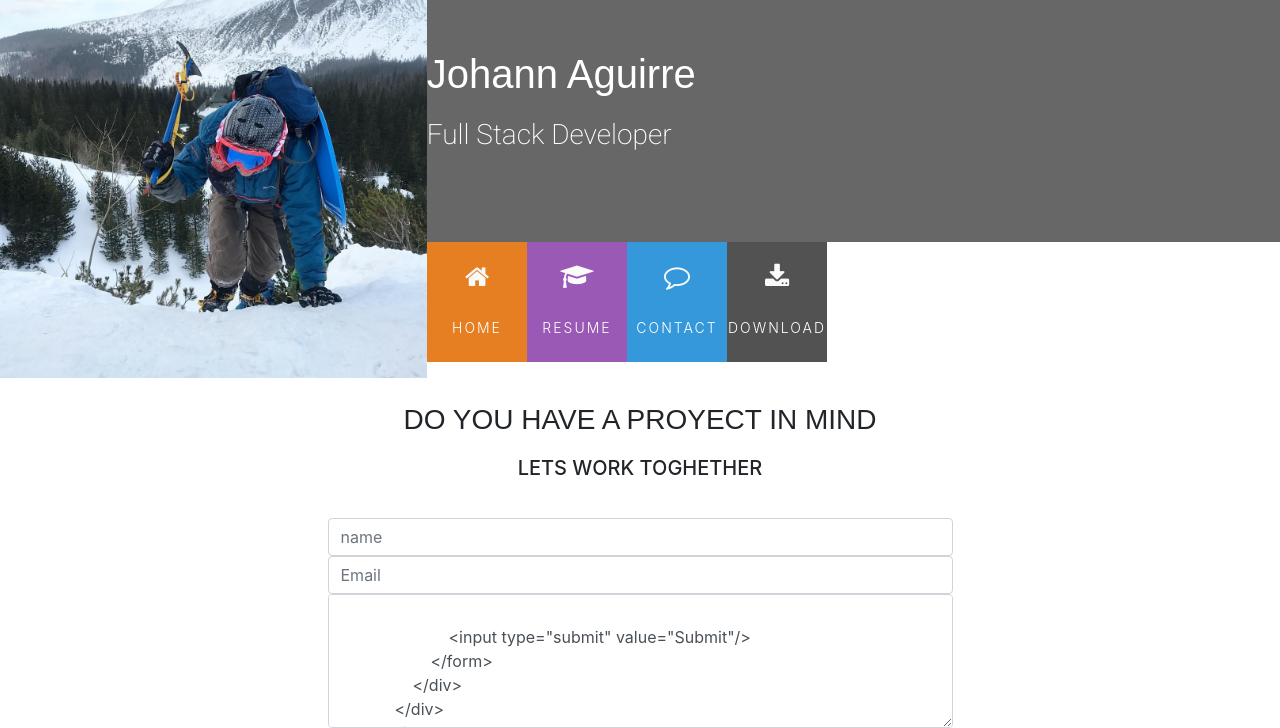
Repository: cachimiro/cv
Page: contact.html
The author's editor kept a record of every edit. The page is drawn from the files as they stood at one moment, then again after the next edit.
The browser window is 1280 px wide. The pictures show the whole page.
Some web fonts or font styles are not loaded; a fallback is used. Some web libraries are served in a nearby version.

Above is the page before.

### contact.html
<!DOCTYPE html>
<html lang="en">

<head>
    <meta charset="UTF-8">
    <meta name="viewport" content="width=device-width, initial-scale=1.0">
    <meta http-equiv="X-UA-Compatible" content="ie=edge">
    <link rel="stylesheet" href="https://stackpath.bootstrapcdn.com/bootstrap/4.2.1/css/bootstrap.min.css" type="text/css" />
    <link rel="stylesheet" href="https://stackpath.bootstrapcdn.com/font-awesome/4.7.0/css/font-awesome.min.css" type="text/css" />
    <link rel="stylesheet" href="https://cdnjs.cloudflare.com/ajax/libs/hover.css/2.3.1/css/hover-min.css" type="text/css" />
    <link rel="stylesheet" href="css/style.css" type="text/css" />
    <title>Johann Aguirre</title>
</head>

<body>
    <header>
        <div class="row no-gutters">
            <a href="index.html" class="col-md-4 logo">

            </a>
            <div class="col-md-8">
                <div class="row no-gutters">
                    <div class="col heading bg-color-name-title">
                        <h1 class="name">Johann Aguirre</h1>
                        <h2 class="title">Full Stack Developer</h2>

                    </div>
                </div>
                <div class="row no-gutters inline-block">
                    <div class="col"></div>
                    <ul id="nav" class="list-inline menucontainer">
                        <li class="col-6 col-sm-3 ui-menu-color-home list-inline-item menuitem">
                            <a href="#" class="hvr-sweep-to-bottom"><i class="fa fa-home " aria-hidden="true"></i><span>Home</span></a>
                        </li>
                        <li class="col-6 col-sm-3 ui-menu-color-resume list-inline-item menuitem">
                            <a href="#" class="hvr-sweep-to-bottom"><i class="fa fa-graduation-cap"aria-hidden="true"></i> <span>Resume</span></a>
                        </li>
                        <li class="col-6 col-sm-3 ui-menu-color-contact list-inline-item menuitem">
                            <a href="#" class="hvr-sweep-to-bottom"><i class="fa fa-comment-o" aria-hidden="true"></i><span>Contact</span></a>
                        </li>
                        <li class="col-6 col-sm-3 ui-menu-color-download list-inline-item menuitem">
                            <a href="#" class="hvr-sweep-to-bottom"><i class="fa fa-download" aria-hidden="true"></i><span>Download</span></a>
                        </li>

                        </li>
                    </ul>

                </div>

            </div>
        </div>
    </header>
    <section class="container-fluid">
        <div class="row bg-color-contact">
            <div class="col">
                <h3 class="contact-heading uppercase text-center">Do you have a proyect in mind</h3>
                <h5 class="uppercase text-center">lets work toghether</h5>
                <div class="center-form">
                    <form>
                        <input type="text" name="name" id="fullname class" class="form-control" placeholder="name" required/>
                         <input type="email" name="email" id="emailaddress" class="form-control" placeholder="Email" required/>
                         <textarea rows="5" name="projectsummary" id="projectsummary"= class="form-control" placeholder="name" required/>

                        <input type="submit" value="Submit"/>
                    </form>
                </div>
            </div>
        </div>



    </section>
    <footer class="container-fluid">
        <div id="footer-detail" class="row">
            <div class="col-sm-4">
                <h5 class="uppercase general-sub">About</h5>
                <p class="inline-block">full stack web developer</p>
            </div>
            <div class="col-sm-4">
                <h5 class="uppercase general-sub">Download</h5>
                <p class="inline-block"> Need a printable vercion of my cv? print here
                    <a href="#" target="_blank" class="cv-pdf">
                <i class="fa fa-download" aria-hidden="true"></i>
                <span class="sr-only">Download link</span>
                </a>
                </p>
            </div>
            <div class="col-sm-4">
                <h5 class="uppercase general-sub">Social</h5>
                <ul class="list-inline social-links">
                    <li class="list-inline-item">
                        <a target="_blank" href="#">
                            <i class="fa fa-facebook" aria-hidden="true"></i>
                            <span class="sr-only">Facebook</span>
                        </a>
                    </li>
                    <li class="list-inline-item">
                        <a target="_blank" href="#">
                            <i class="fa fa-instagram" aria-hidden="true"></i>
                            <span class="sr-only">Instagram</span>
                        </a>
                    </li>
                    <li class="list-inline-item">
                        <a target="_blank" href="#">
                            <i class="fa fa-linkedin" aria-hidden="true"></i>
                            <span class="sr-only">Linkedin</span>
                        </a>
                    </li>
                    <li class="list-inline-item">
                        <a target="_blank" href="#">
                            <i class="fa fa-youtube" aria-hidden="true"></i>
                            <span class="sr-only">Youtube</span>
                        </a>
                    </li>
                </ul>

            </div>
        </div>


    </footer>

</body>

</html>

### css/style.css
@import url('https://fonts.googleapis.com/css?family=Roboto:100,200,300,400,500,600,700 | Exo 100,200,300,400,500,600,700');

/*--- colors*/

.bg-color-name-title {
    background-color: #676767;
}

.bg-color-three-reasons {
    background-color: #ffffff;
}

.bg-color-personal-info {
    background-color: #f4f4f4;
}

.bg-color-work-history {
    background-color: #9b59b6;

}

.bg-color-contact {
    background-color: #fff;
}
.ui-menu-color-home {
    background-color: #e67e22;


}

.ui-menu-color-resume {
    background-color: #9b59b6;

}

.ui-menu-color-contact {
    background-color: #3498db;

}

.ui-menu-color-download {
    background-color: #525252;
}

/*---- special paddings margins and text--*/

h1,
h2,
h3,
h4 {
    margin: 0;

}

.uppercase {
    text-transform: uppercase;
}

.general-sub {
    font-family: "Exo", sans-serif;
    font-weight: 300;
    color: #fafafa;

}

.inline-block {
    display: inline-block;

}

.row-table {
    display: table;
}

.section-column {
    display: table-cell;
    padding: 0 30px 30px;
    float: none;
}

.history-heading,
.section-heading {
    font-family: "Exo", sans-serif;
    font-weight: 300;
    margin-top: 25px;
    margin-bottom: 40px;
}


/*------- headings*/

header {
    margin: 0;
}

.logo {
    background: url("../images/johann.jpg");
    background-position: center;
    background-repeat: no-repeat;
    background-size: cover;
    min-height: 360px;
    transition: all .5s ease-in-out;
    -moz-transition: all .5s ease-in-out;
    -webkit-transition: all .5s ease-in-out;
}

.name {
    font-family: "exo", sans-serif;
    font-weight: 100;
    font-size: 40px;
    margin-top: 50px;
    color: #ffffff;
}

.title {
    font-family: "roboto", sans-serif;
    font-weight: 200;
    font-size: 28px;
    margin-top: 20px;
    margin-bottom: 90px;
    color: #ffffff;
}

.list-inline-item:not(:last-child) {
    margin: 0;
}

.menucontainer {
    font-size: 0;
}

.list-inline-item:not(:last-child) {
    margin: 0;
}

.menucontainer {
    font-size: 0;
}

#nav li {
    font-size: 14px;
    padding: 0;

}

.menuitem {
    height: 120px;
    text-align: center;
    padding: 0;
}

.menuitem a {
    width: 100px;
    text-decoration: 0;
    color: #fff;
    height: 120px;
}

.menuitem a i {
    padding: 22px;
    display: block;
    color: #fafafa;
    font-size: 26px;
}

.menuitem span {
    display: block;
    width: 100%;
    padding-top: 5px;
    text-align: center;
    text-transform: uppercase;
    font-size: 14px;
    font-weight: 300;
    letter-spacing: 2px;

}

/*-- hover.css*/

.hvr-sweep-to-bottom:before {
    background: rgb(0, 0, 0, 0.2);
    height: 120px;

}

/*--- footer*/

footer {
    background-color: #525252;
    color: #fafafa;
    min-height: 120px;
    margin: 0;
}

.cv-pdf i {
    font-size: 18px;
    color: #fafafa;
    text-align: center;
    padding-left: 5px;
    transition: all 0.35s ease-in-out;
    -moz-transition: all 0.35s ease-in-out;
    -webkit-transition: all 0.35s ease-in-out;
    -o-transition: all 0.35s ease-in-out;
}

.cv-pdf i:hover {
    color: #e84610
}

.social-links {
    padding-bottom: 15px;
}

.social-links li a i {
    widows: 32px;
    height: 32px;
    padding: 12px;
    border-radius: 50%;
    font-size: 13px;
    line-height: 7px;
    text-align: center;
    color: #fafafa;
    background: #8f8f8f;
    transition: all 0.35s ease-in-out;
    -moz-transition: all 0.35s ease-in-out;
    -webkit-transition: all 0.35s ease-in-out;
    -o-transition: all 0.35s ease-in-out;
}

.social-links li a i:hover {
    background: #e84610;

}

#footer-detail {
    padding: 20px;
}

/*-------- three reasons*/

.three-reasons-icon {
    font-size: 26px;
    color: #e67e22;
}

.three-reasons-heading {
    margin-bottom: 15px;
}

/*-----------------personal-info*/

.personal-info-item {
    margin-bottom: 20px;
    display: block;
    clear: both;

}

.personal-info-item .key,
.personal-info-item .value {
    padding-right: 8px;
    display: inline-block;

}

.personal-info-item .key p,
.personal-info-item .value p {
    margin: 0;
}

.personal-info-item .key {
    width: 30%;
    margin-right: 21px;
    padding-top: 2px;
    vertical-align: top;
}

.personal-info-item .key p {
    font-weight: 700;

}

.personal-info-item .value {
    position: relative;
    width: 60%;
}

/*--------------- skills*/

.progress {
    position: relative;
    height: 25px;
    margin-bottom: 4px;
}

.progress-type {
    position: absolute;
    left: 0px;
    font-weight: 400;
    padding: 3px 30px 2px 10px;
    color: #fafafa;
    background-color: rgb(25, 25, 25, 0.2);
}

.progress-section {
    margin: 40px 20px;
}

/*------------ work history*/

.history-heading {
    color: #fafafa;
    margin-bottom: 50px;

}

.timeline-item {
    padding: 4em 2em 0em 2em;
    position: relative;
    color: #fafafa;
    border-left: 1px solid;
}

.timeline-item p {
    padding: 0;
    margin: 0;
}

.timeline-item:before {
    content: attr(data-dates);
    position: absolute;
    left: 2.5em;
    top: 3em;
    display: block;
    font-family: "exo", sans-serif;
    font-weight: 500;
    font-size: 0.8em;
    padding: 0;
    margin: 0;
}

.timeline-item:after {
    width: 12px;
    height: 12px;
    display: block;
    top: 2.4em;
    position: absolute;
    left: -6px;
    border-radius: 12px;
    content: "";
    background-color: #fafafa;
}

.history-items {
    margin-bottom: 30px;

}
/*-----------contact form*/

.contact-heading{
    font-family: "exo", sans-serif;
    font-weight: 300;
    margin-top: 25px;
    margin-bottom: 20px;

}
.center-form{
    padding-top: 10px;
    margin: 0 auto;
    max-width: 70%;
}
button[type="submit"]{
    margin-top: 15px;
    margin-bottom: 20px;
    color: #fafafa;
    background-color: #e84610;
}
/*------------ media queris*/
@media(min-width: 992px){
    .center-form{
    padding-top: 30px;
    min-height: 240px;
    margin: 0 auto;
    max-width: 50%;
}

}

After the next edit:
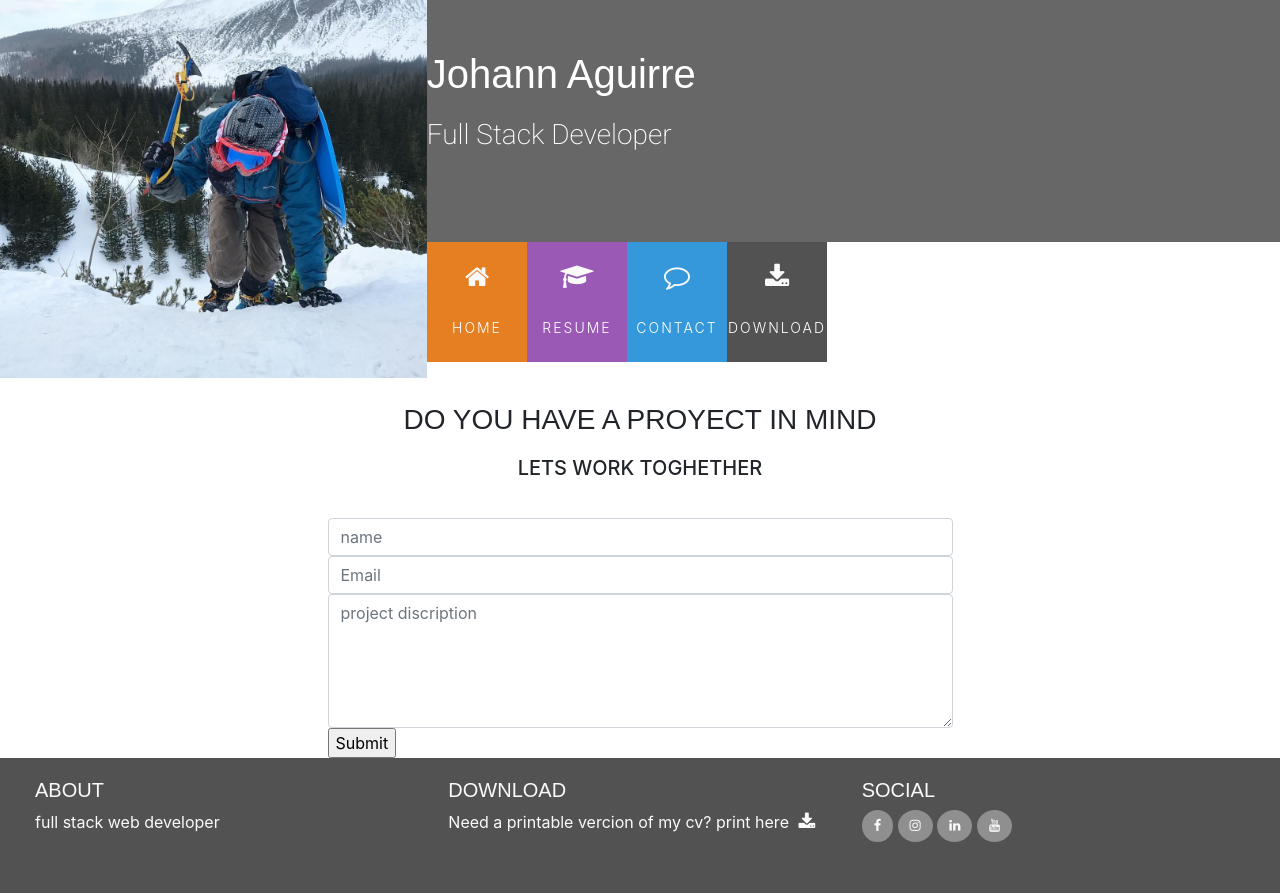
The edit:
--- a/contact.html
+++ b/contact.html
@@ -59,7 +59,7 @@
                     <form>
                         <input type="text" name="name" id="fullname class" class="form-control" placeholder="name" required/>
                          <input type="email" name="email" id="emailaddress" class="form-control" placeholder="Email" required/>
-                         <textarea rows="5" name="projectsummary" id="projectsummary"= class="form-control" placeholder="name" required/>
+                         <textarea rows="5" name="projectsummary" id="projectsummary" class="form-control" placeholder="project discription" required></textarea>
 
                         <input type="submit" value="Submit"/>
                     </form>
